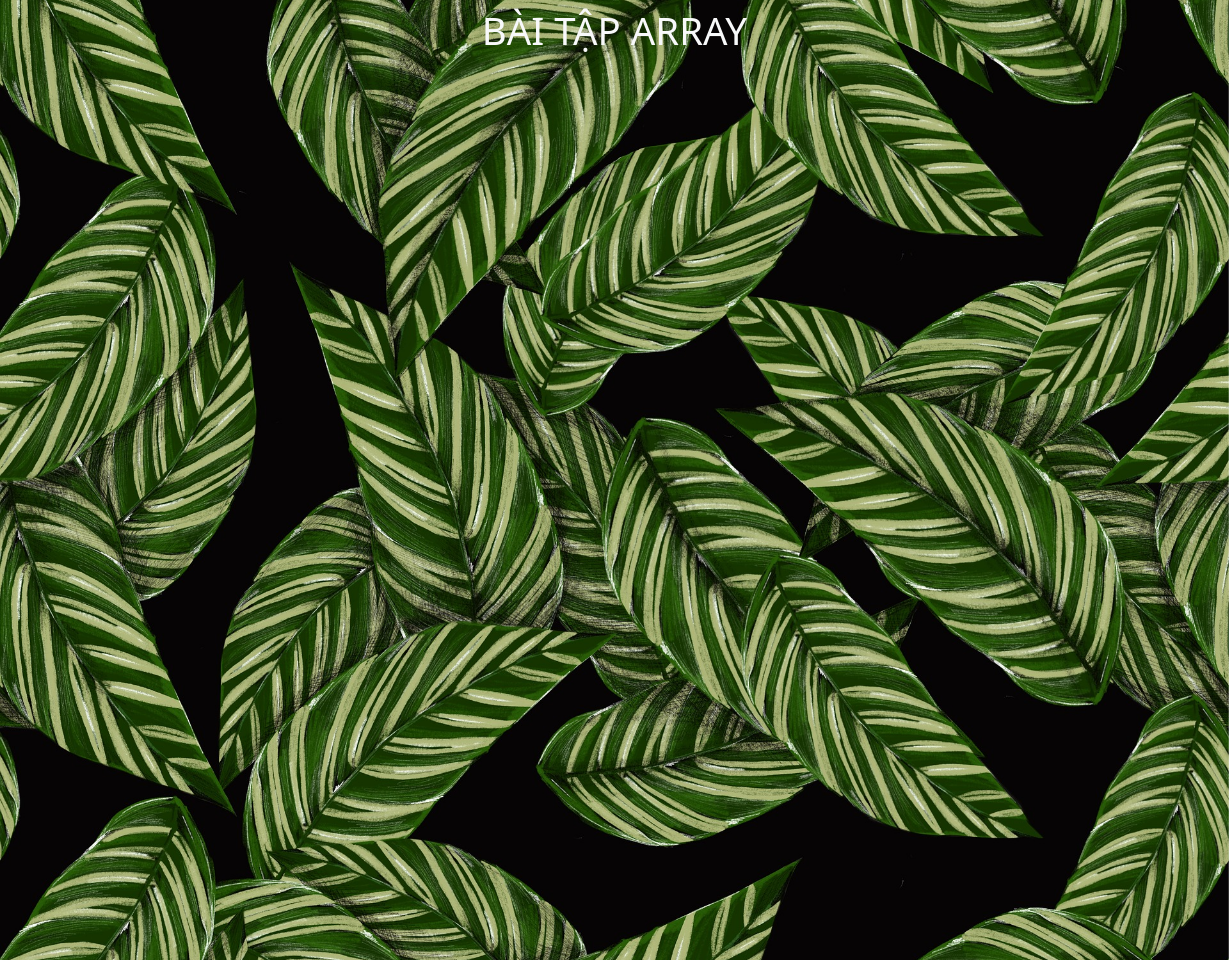
Repository: hcozyph/TranHuuPhuoc_BC43_BT_JS_Buoi7_8_ARRAY
Page: index.html
An editor plug-in stored every save of this project. The page is shown before and after the next save, followed by the edit.
The browser window is 1280 px wide. The pictures show the whole page, at 96% of full size.

Above is the page before, as saved 2023-02-20 21:17:52.

### index.html
<!DOCTYPE html>
<html lang="en">
    <head>
        <title>BT Array</title>
        <!-- Required meta tags -->
        <meta charset="utf-8" />
        <meta
            name="viewport"
            content="width=device-width, initial-scale=1, shrink-to-fit=no"
        />

        <!-- Bootstrap CSS v5.2.1 -->
        <link
            href="https://cdn.jsdelivr.net/npm/bootstrap@5.2.1/dist/css/bootstrap.min.css"
            rel="stylesheet"
            integrity="sha384-iYQeCzEYFbKjA/T2uDLTpkwGzCiq6soy8tYaI1GyVh/UjpbCx/TYkiZhlZB6+fzT"
            crossorigin="anonymous"
        />

        <!-- index.css -->
        <link rel="stylesheet" href="./css/index.css" />
    </head>

    <body>
        <div class="container">
            <div class="bt-array-title">
                <h1 class="text-center mt-0 py-2 text-light">BÀI TẬP ARRAY</h1>
            </div>

            <div class="bt-array-content">
                <div class="bt1"></div>
            </div>
        </div>

        <!-- Bootstrap JavaScript Libraries -->
        <script
            src="https://cdn.jsdelivr.net/npm/@popperjs/core@2.11.6/dist/umd/popper.min.js"
            integrity="sha384-oBqDVmMz9ATKxIep9tiCxS/Z9fNfEXiDAYTujMAeBAsjFuCZSmKbSSUnQlmh/jp3"
            crossorigin="anonymous"
        ></script>

        <script
            src="https://cdn.jsdelivr.net/npm/bootstrap@5.2.1/dist/js/bootstrap.min.js"
            integrity="sha384-7VPbUDkoPSGFnVtYi0QogXtr74QeVeeIs99Qfg5YCF+TidwNdjvaKZX19NZ/e6oz"
            crossorigin="anonymous"
        ></script>

        <!-- method.js -->
        <link rel="stylesheet" href="./js/method.js" />

        <!-- index.js -->
        <script src="./js/index.js"></script>
    </body>
</html>

### css/index.css
* {
    margin: 0;
    padding: 0;
    box-sizing: border-box;
}

.container {
    margin: 0 auto;
    max-width: 1440px;

    background-image: url(../img/2.jpg);
    background-size: cover;
    background-position: center;
    background-repeat: no-repeat;

    height: 1000px;
}

.bt-array-title {
    font-size: 40px;
    font-weight: 700;
}

/* .bt-array-content {
} */

Loaded but not shown: js/index.js (no copy from this time; the picture is the same without it); js/method.js (no stored copy; drawn as an empty file)

After the next save:
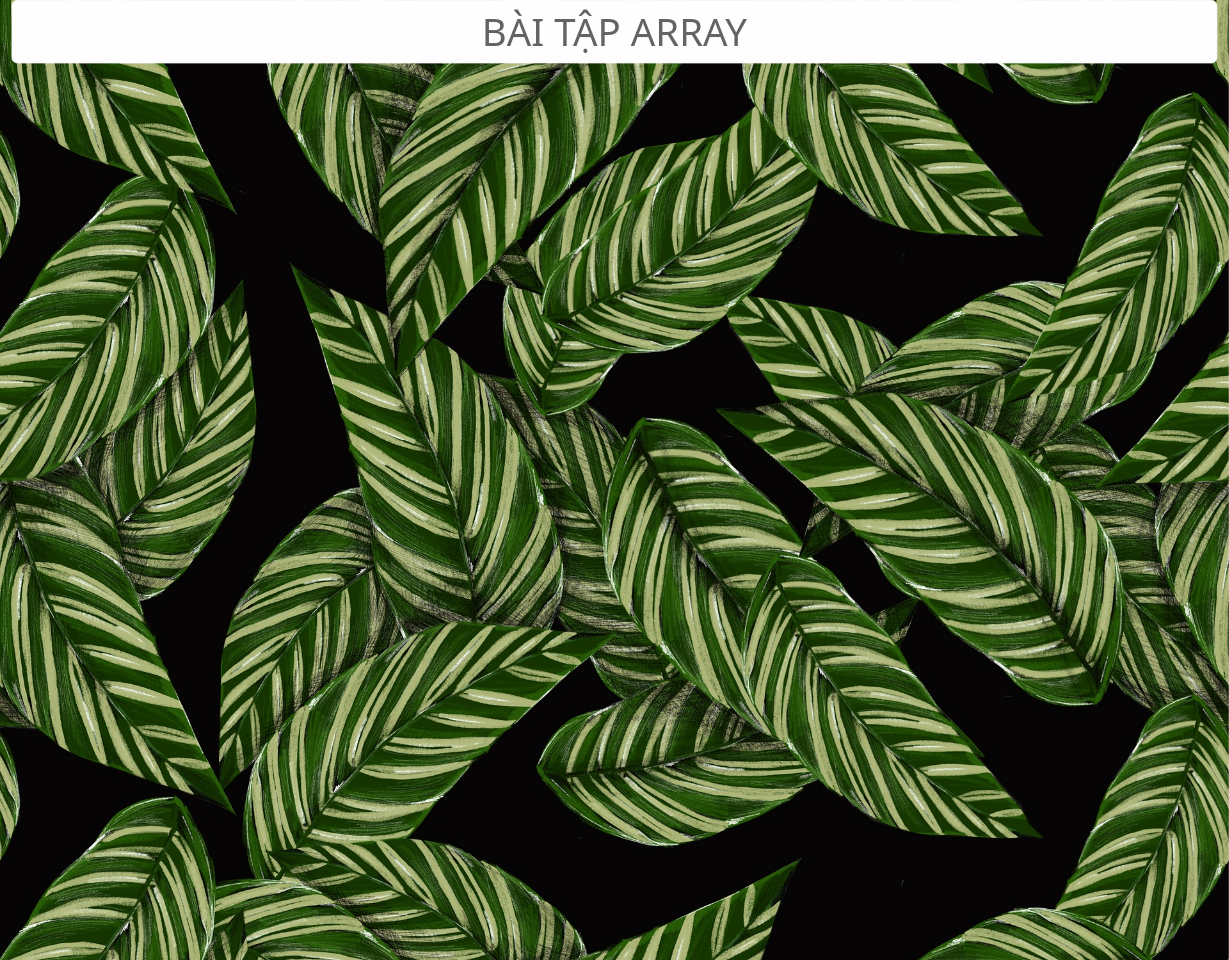
Saved 17 s later.
--- a/index.html
+++ b/index.html
@@ -24,7 +24,9 @@
     <body>
         <div class="container">
             <div class="bt-array-title">
-                <h1 class="text-center mt-0 py-2 text-light">BÀI TẬP ARRAY</h1>
+                <h1 class="alert alert-light text-center mt-0 py-2">
+                    BÀI TẬP ARRAY
+                </h1>
             </div>
 
             <div class="bt-array-content">

After the save that followed:
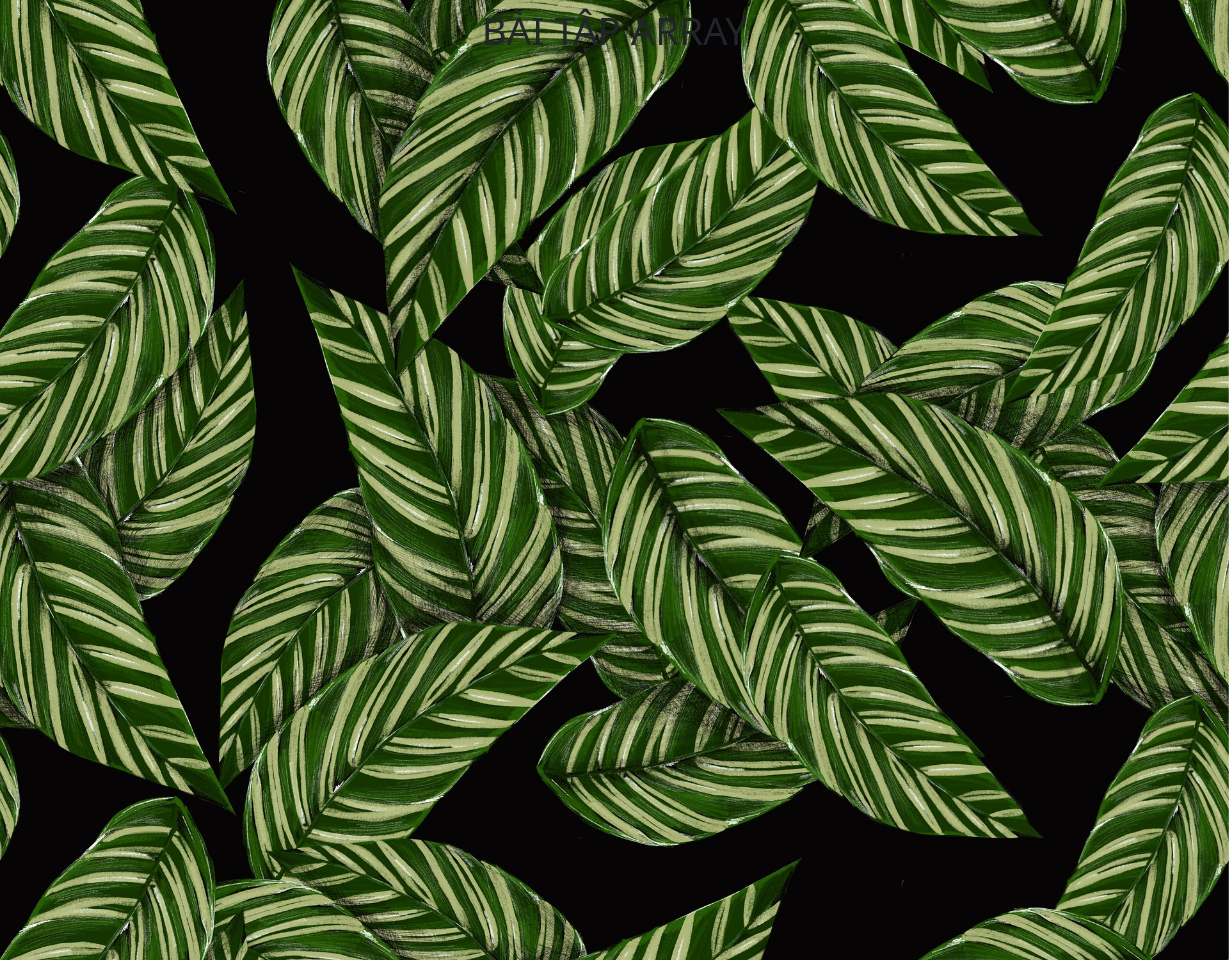
Saved 23 s later.
--- a/index.html
+++ b/index.html
@@ -24,9 +24,7 @@
     <body>
         <div class="container">
             <div class="bt-array-title">
-                <h1 class="alert alert-light text-center mt-0 py-2">
-                    BÀI TẬP ARRAY
-                </h1>
+                <h1 class="text-center mt-0 py-2">BÀI TẬP ARRAY</h1>
             </div>
 
             <div class="bt-array-content">
